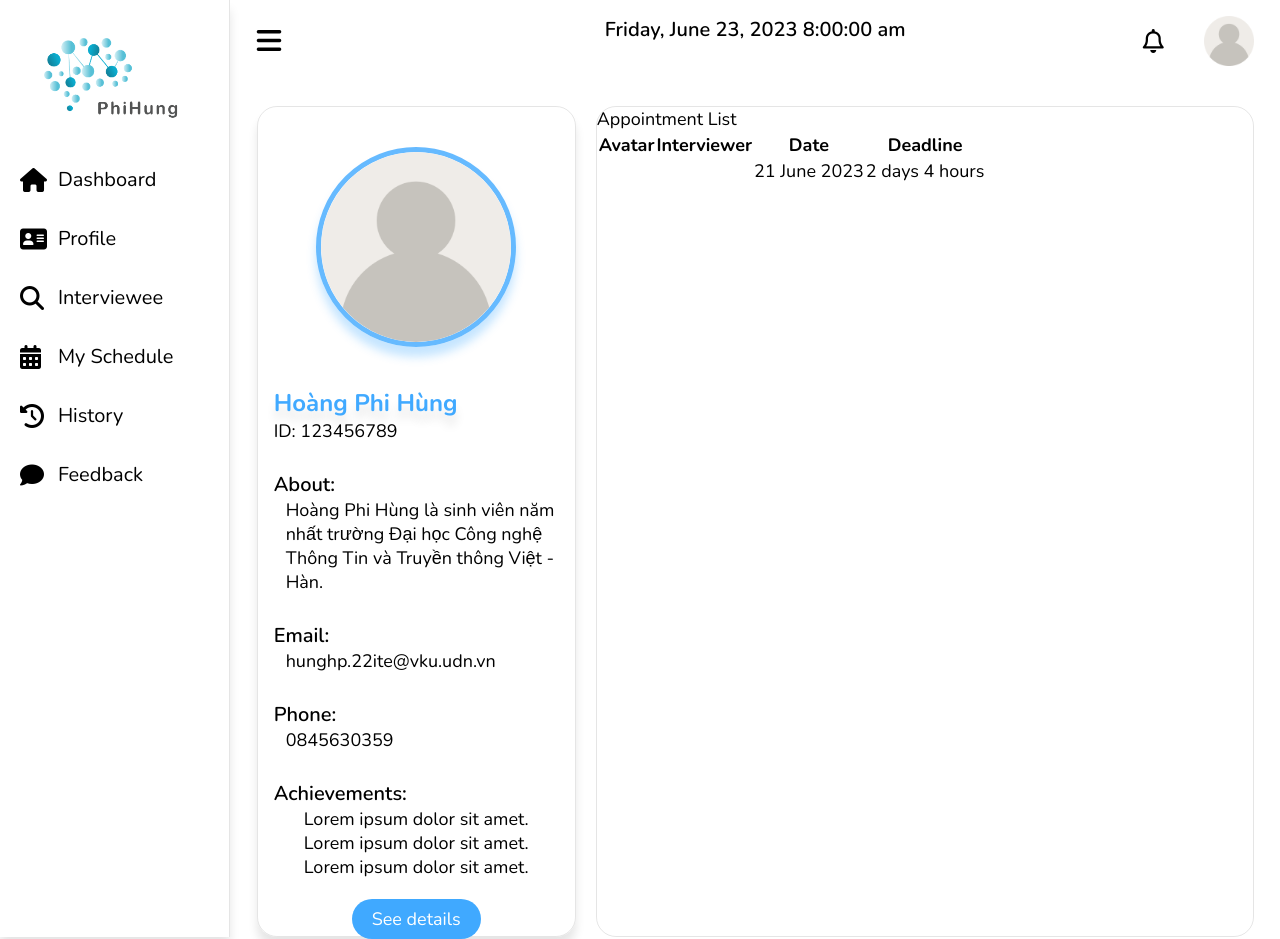
Repository: hphihungit/InterviewService
Page: interviewee.html
The author's editor kept a copy of each file at every save. The page is drawn from the files as they stood at one save, then again after the next save.
The browser window is 1280 px wide. The pictures show the whole page.

Above is the page before, as saved 2023-06-01 00:51:03.

### interviewee.html
<!DOCTYPE html>
<html lang="en">
<head>
    <meta charset="UTF-8">
    <meta http-equiv="X-UA-Compatible" content="IE=edge">
    <meta name="viewport" content="width=device-width, initial-scale=1.0">
    <title>Document</title>
    <link rel="stylesheet" href="assets/css/grid.css">
    <link rel="stylesheet" href="assets/css/base.css">
    <link rel="stylesheet" href="https://cdnjs.cloudflare.com/ajax/libs/font-awesome/6.4.0/css/all.min.css" integrity="sha512-iecdLmaskl7CVkqkXNQ/ZH/XLlvWZOJyj7Yy7tcenmpD1ypASozpmT/E0iPtmFIB46ZmdtAc9eNBvH0H/ZpiBw==" crossorigin="anonymous" referrerpolicy="no-referrer"/>
    <link rel="preconnect" href="https://fonts.googleapis.com">
    <link rel="preconnect" href="https://fonts.gstatic.com" crossorigin>
    <link href="https://fonts.googleapis.com/css2?family=Nunito:wght@200;300;400;500;600;700;800;900;1000&display=swap" rel="stylesheet">
    <link rel="stylesheet" href="assets/css/interviewee.css">
</head>
<body>
    <div id="main">
        <div class="dashboard">
            <div class="dashboard__logo"></div>
            <ul class="dashboard__list">
                <li class="dashboard__item">
                    <a href="" class="icon__link">
                        <i class="fa-solid fa-house"></i>
                    </a>
                    <a href="" class="link">Dashboard</a>
                </li>
                <li class="dashboard__item">
                    <a href="" class="icon__link">
                        <i class="fa-solid fa-address-card"></i>
                    </a>
                    <a href="" class="link">Profile</a>
                </li>
                <li class="dashboard__item">
                    <a href="" class="icon__link">
                        <i class="fa-solid fa-magnifying-glass"></i>
                    </a>
                    <a href="" class="link">Interviewee</a>
                </li>
                <li class="dashboard__item">
                    <a href="" class="icon__link">
                        <i class="fa-solid fa-calendar-days"></i>
                    </a>
                    <a href="" class="link">My Schedule</a>
                </li>
                <li class="dashboard__item">
                    <a href="" class="icon__link">
                        <i class="fa-solid fa-clock-rotate-left"></i>
                    </a>
                    <a href="" class="link">History</a>
                </li>
                <li class="dashboard__item">
                    <a href="" class="icon__link">
                        <i class="fa-solid fa-comment"></i>
                    </a>
                    <a href="" class="link">Feedback</a>
                </li>
            </ul>
        </div>

        <div class="container">
            <div class="header">
                <div class="header__icon">
                    <label class="fa-solid fa-bars header__label"></label>
                </div>

                <div class="header__time">
                    Friday, June 23, 2023 8:00:00 am
                </div>

                <div class="header__news">
                    <label class="fa-regular fa-bell header__label--bell"></label>
                    <div class="header__avatar">
                        <img src="assets/img/user.png" alt="">
                    </div>
                </div>
            </div>

            <div class="about">
                <div class="cv">
                    <div class="cv__avatar">
                        <img src="assets/img/user.png" alt="">
                    </div>

                    <div class="cv__name">
                        <p class="cv__name--interviewee">Hoàng Phi Hùng</p>
                        <p class="cv__id">ID: 123456789</p>
                    </div>

                    <div class="cv__about">
                        <p class="cv__about--title">About: </p>
                        <p class="cv__about--content">
                            Hoàng Phi Hùng là sinh viên năm nhất trường Đại học Công nghệ Thông Tin và Truyền thông Việt - Hàn.
                        </p>
                    </div>

                    <div class="cv__email">
                        <p class="cv__email--title">Email: </p>
                        <p class="cv__email--content">hunghp.22ite@vku.udn.vn</p>
                    </div>

                    <div class="cv__phone">
                        <p class="cv__phone--title">Phone: </p>
                        <p class="cv__phone--content">0845630359</p>
                    </div>

                    <div class="cv__info">
                        <p class="cv__info--title">Achievements: </p>
                        <ul class="cv__info--list">
                            <li class="cv__info--item">Lorem ipsum dolor sit amet.</li>
                            <li class="cv__info--item">Lorem ipsum dolor sit amet.</li>
                            <li class="cv__info--item">Lorem ipsum dolor sit amet.</li>
                        </ul>
                    </div>

                    <div class="cv__all">
                        <a href="" class="btn--cv--all">See details</a>
                    </div>
                </div>

                <div class="info">
                    <div class="appointment">
                        <div class="appointment__title">
                            Appointment List
                        </div>

                        <table>
                            <thead>
                                <th>Avatar</th>
                                <th>Interviewer</th>
                                <th>Date</th>
                                <th>Deadline</th>
                            </thead>

                            <tbody>
                                <tr>
                                    <td>
                                        <img src="" alt="">
                                    </td>
                                    <td>
                                        <p class="name"></p>
                                        <p class="email"></p>
                                    </td>
                                    <td>
                                        21 June 2023
                                    </td>
                                    <td>
                                        2 days 4 hours
                                    </td>
                                </tr>
                            </tbody>
                        </table>
                    </div>
                </div>
            </div>
        </div>
    </div>
</body>
</html>

### assets/css/grid.css
.grid {
    width: 90%;
    display: block;
    padding: 0;
    margin: 0 auto;
}

.row {
    display: flex;
    flex-wrap: wrap;
    margin-left: -4px;
    margin-right: -4px;
}

.row.no-gutters {
    margin-left: 0;
    margin-right: 0;
}

.col {
    padding-left: 4px;
    padding-right: 4px;
}

.row.no-gutters .col {
    padding-left: 0;
    padding-right: 0;
}

.c-0 {
    display: none;
}

.c-1 {
    flex: 0 0 8.33333%;
    max-width: 8.33333%;
}

.c-2 {
    flex: 0 0 16.66667%;
    max-width: 16.66667%;
}

.c-3 {
    flex: 0 0 25%;
    max-width: 25%;
}

.c-4 {
    flex: 0 0 33.33333%;
    max-width: 33.33333%;
}

.c-5 {
    flex: 0 0 41.66667%;
    max-width: 41.66667%;
}

.c-6 {
    flex: 0 0 50%;
    max-width: 50%;
}

.c-7 {
    flex: 0 0 58.33333%;
    max-width: 58.33333%;
}

.c-8 {
    flex: 0 0 66.66667%;
    max-width: 66.66667%;
}

.c-9 {
    flex: 0 0 75%;
    max-width: 75%;
}

.c-10 {
    flex: 0 0 83.33333%;
    max-width: 83.33333%;
}

.c-11 {
    flex: 0 0 91.66667%;
    max-width: 91.66667%;
}

.c-12 {
    flex: 0 0 100%;
    max-width: 100%;
}

.c-o-1 {
    margin-left: 8.33333%;
}

.c-o-2 {
    margin-left: 16.66667%;
}

.c-o-3 {
    margin-left: 25%;
}

.c-o-4 {
    margin-left: 33.33333%;
}

.c-o-5 {
    margin-left: 41.66667%;
}

.c-o-6 {
    margin-left: 50%;
}

.c-o-7 {
    margin-left: 58.33333%;
}

.c-o-8 {
    margin-left: 66.66667%;
}

.c-o-9 {
    margin-left: 75%;
}

.c-o-10 {
    margin-left: 83.33333%;
}

.c-o-11 {
    margin-left: 91.66667%;
}

/* >= Tablet */
@media (min-width: 740px) {
    .row {
        margin-left: -8px;
        margin-right: -8px;
    }

    .col {
        padding-left: 8px;
        padding-right: 8px;
    }

    .m-0 {
        display: none;
    }

    .m-1,
    .m-2,
    .m-3,
    .m-4,
    .m-5,
    .m-6,
    .m-7,
    .m-8,
    .m-9,
    .m-10,
    .m-11,
    .m-12 {
        display: block;
    }

    .m-1 {
        flex: 0 0 8.33333%;
        max-width: 8.33333%;
    }

    .m-2 {
        flex: 0 0 16.66667%;
        max-width: 16.66667%;
    }

    .m-3 {
        flex: 0 0 25%;
        max-width: 25%;
    }

    .m-4 {
        flex: 0 0 33.33333%;
        max-width: 33.33333%;
    }

    .m-5 {
        flex: 0 0 41.66667%;
        max-width: 41.66667%;
    }

    .m-6 {
        flex: 0 0 50%;
        max-width: 50%;
    }

    .m-7 {
        flex: 0 0 58.33333%;
        max-width: 58.33333%;
    }

    .m-8 {
        flex: 0 0 66.66667%;
        max-width: 66.66667%;
    }

    .m-9 {
        flex: 0 0 75%;
        max-width: 75%;
    }

    .m-10 {
        flex: 0 0 83.33333%;
        max-width: 83.33333%;
    }

    .m-11 {
        flex: 0 0 91.66667%;
        max-width: 91.66667%;
    }

    .m-12 {
        flex: 0 0 100%;
        max-width: 100%;
    }

    .m-o-1 {
        margin-left: 8.33333%;
    }

    .m-o-2 {
        margin-left: 16.66667%;
    }

    .m-o-3 {
        margin-left: 25%;
    }

    .m-o-4 {
        margin-left: 33.33333%;
    }

    .m-o-5 {
        margin-left: 41.66667%;
    }

    .m-o-6 {
        margin-left: 50%;
    }

    .m-o-7 {
        margin-left: 58.33333%;
    }

    .m-o-8 {
        margin-left: 66.66667%;
    }

    .m-o-9 {
        margin-left: 75%;
    }

    .m-o-10 {
        margin-left: 83.33333%;
    }

    .m-o-11 {
        margin-left: 91.66667%;
    }
}

/* PC medium resolution > */
@media (min-width: 1113px) {
    .row {
        margin-left: -12px;
        margin-right: -12px;
    }

    .row.sm-gutter {
        margin-left: -5px;
        margin-right: -5px;
    }

    .col {
        padding-left: 12px;
        padding-right: 12px;
    }

    .row.sm-gutter .col {
        padding-left: 5px;
        padding-right: 5px;
    }

    .l-0 {
        display: none;
    }

    .l-1,
    .l-2,
    .l-2-4,
    .l-3,
    .l-4,
    .l-5,
    .l-6,
    .l-7,
    .l-8,
    .l-9,
    .l-10,
    .l-11,
    .l-12 {
        display: block;
    }

    .l-1 {
        flex: 0 0 8.33333%;
        max-width: 8.33333%;
    }

    .l-2 {
        flex: 0 0 16.66667%;
        max-width: 16.66667%;
    }

    .l-2-4 {
        flex: 0 0 20%;
        max-width: 20%;
    }

    .l-3 {
        flex: 0 0 25%;
        max-width: 25%;
    }

    .l-4 {
        flex: 0 0 33.33333%;
        max-width: 33.33333%;
    }

    .l-5 {
        flex: 0 0 41.66667%;
        max-width: 41.66667%;
    }

    .l-6 {
        flex: 0 0 50%;
        max-width: 50%;
    }

    .l-7 {
        flex: 0 0 58.33333%;
        max-width: 58.33333%;
    }

    .l-8 {
        flex: 0 0 66.66667%;
        max-width: 66.66667%;
    }

    .l-9 {
        flex: 0 0 75%;
        max-width: 75%;
    }

    .l-10 {
        flex: 0 0 83.33333%;
        max-width: 83.33333%;
    }

    .l-11 {
        flex: 0 0 91.66667%;
        max-width: 91.66667%;
    }

    .l-12 {
        flex: 0 0 100%;
        max-width: 100%;
    }

    .l-o-1 {
        margin-left: 8.33333%;
    }

    .l-o-2 {
        margin-left: 16.66667%;
    }

    .l-o-3 {
        margin-left: 25%;
    }

    .l-o-4 {
        margin-left: 33.33333%;
    }

    .l-o-5 {
        margin-left: 41.66667%;
    }

    .l-o-6 {
        margin-left: 50%;
    }

    .l-o-7 {
        margin-left: 58.33333%;
    }

    .l-o-8 {
        margin-left: 66.66667%;
    }

    .l-o-9 {
        margin-left: 75%;
    }

    .l-o-10 {
        margin-left: 83.33333%;
    }

    .l-o-11 {
        margin-left: 91.66667%;
    }
}

/* Tablet - PC low resolution */
@media (min-width: 740px) and (max-width: 1023px) {
    .wide {
        width: 644px;
    }
}

/* > PC low resolution */
@media (min-width: 1024px) and (max-width: 1239px) {
    .wide {
        width: 984px;
    }

    .wide .row {
        margin-left: -12px;
        margin-right: -12px;
    }

    .wide .row.sm-gutter {
        margin-left: -5px;
        margin-right: -5px;
    }

    .wide .col {
        padding-left: 12px;
        padding-right: 12px;
    }

    .wide .row.sm-gutter .col {
        padding-left: 5px;
        padding-right: 5px;
    }

    .wide .l-0 {
        display: none;
    }

    .wide .l-1,
    .wide .l-2,
    .wide .l-2-4,
    .wide .l-3,
    .wide .l-4,
    .wide .l-5,
    .wide .l-6,
    .wide .l-7,
    .wide .l-8,
    .wide .l-9,
    .wide .l-10,
    .wide .l-11,
    .wide .l-12 {
        display: block;
    }

    .wide .l-1 {
        flex: 0 0 8.33333%;
        max-width: 8.33333%;
    }

    .wide .l-2 {
        flex: 0 0 16.66667%;
        max-width: 16.66667%;
    }

    .wide .l-2-4 {
        flex: 0 0 20%;
        max-width: 20%;
    }

    .wide .l-3 {
        flex: 0 0 25%;
        max-width: 25%;
    }

    .wide .l-4 {
        flex: 0 0 33.33333%;
        max-width: 33.33333%;
    }

    .wide .l-5 {
        flex: 0 0 41.66667%;
        max-width: 41.66667%;
    }

    .wide .l-6 {
        flex: 0 0 50%;
        max-width: 50%;
    }

    .wide .l-7 {
        flex: 0 0 58.33333%;
        max-width: 58.33333%;
    }

    .wide .l-8 {
        flex: 0 0 66.66667%;
        max-width: 66.66667%;
    }

    .wide .l-9 {
        flex: 0 0 75%;
        max-width: 75%;
    }

    .wide .l-10 {
        flex: 0 0 83.33333%;
        max-width: 83.33333%;
    }

    .wide .l-11 {
        flex: 0 0 91.66667%;
        max-width: 91.66667%;
    }

    .wide .l-12 {
        flex: 0 0 100%;
        max-width: 100%;
    }

    .wide .l-o-1 {
        margin-left: 8.33333%;
    }

    .wide .l-o-2 {
        margin-left: 16.66667%;
    }

    .wide .l-o-3 {
        margin-left: 25%;
    }

    .wide .l-o-4 {
        margin-left: 33.33333%;
    }

    .wide .l-o-5 {
        margin-left: 41.66667%;
    }

    .wide .l-o-6 {
        margin-left: 50%;
    }

    .wide .l-o-7 {
        margin-left: 58.33333%;
    }

    .wide .l-o-8 {
        margin-left: 66.66667%;
    }

    .wide .l-o-9 {
        margin-left: 75%;
    }

    .wide .l-o-10 {
        margin-left: 83.33333%;
    }

    .wide .l-o-11 {
        margin-left: 91.66667%;
    }
}

### assets/css/base.css
:root {
    --white-color: #fff;
    --black-color: #000;
    --blue-color : #40a9ff;
    --text-color: #8f8f8f;
    --scale: 1px;
}

* {
    padding: 0;
    margin: 0;
    box-sizing: border-box;
    text-decoration: none;
    list-style-type: none;
}

html, body {
    font-size: 18px;
    font-family: 'Nunito', sans-serif;
    scroll-behavior: smooth;
}

### assets/css/interviewee.css
#main {
    width: 100%;
    display: flex;
}

.dashboard {
    width: 18%;
    min-height: 0;
    border-right: 1px solid rgba(0, 0, 0, 0.1);
    box-shadow: 0 10px 10px rgba(0, 0, 0, 0.1);
}

.dashboard__logo {
    width: 100%;
    height: 150px;
    background-image: url('../img/logo.png');
    background-repeat: no-repeat;
    background-size: 50%;
    background-size: 62%;
    background-position: 50% 85%;
}

.dashboard__list {
    width: 100%;
}

.dashboard__item {
    border-radius: 25px 0 0 25px;
    display: flex;
    width: 100%;
    padding: 0px 20px;
}

.dashboard__item:hover {
    background-color: var(--blue-color);
}

.dashboard__item:hover .link,
.dashboard__item:hover .icon__link {
    color: #fff;
}

.icon__link {
    display: flex;
    align-items: center;
    width: 20%;
    font-size: 24px;
    color: #000;
}

.link {
    display: inline-block;
    width: 80%;
    font-size: 20px;
    padding: 16px 0px;
    color: #000;
}

.container {
    width: 82%;
}

.header {
    width: 95%;
    margin: 0 auto;
    display: flex;
    justify-content: space-between;
    margin-top: 16px;
}

.header__icon {
    width: 32%;
    display: flex;
    justify-content: space-between;
    align-items: center;
}

.header__label {
    font-size: 28px;
}

.header__time {
    width: 32%;
    text-align: center;
    font-size: 20px;
    font-weight: 600;
}

.header__news {
    width: 32%;
    display: flex;
    justify-content: flex-end;
    align-items: center;
}

.header__label--bell {
    font-size: 24px;
    position: relative;
    padding-right: 40px;
}

.header__avatar {
    display: flex;
    justify-content: flex-end;
    align-items: center;
}

.header__avatar img {
    width: 50px;
    height: 50px;
}

.about {
    display: flex;
    justify-content: space-between;
    width: 95%;
    margin: 0 auto;
    margin-top: 40px;
}

.cv {
    width: 32%;
    max-height: 831px;
    border: 1px solid rgba(0, 0, 0, 0.1);
    border-radius: 20px;
    box-shadow: 0 10px 10px rgba(0, 0, 0, 0.1);
    padding: 0px 16px;
}

.cv__avatar {
    width: 100%;
    display: flex;
    justify-content: center;
    align-items: center;
    padding: 20px 0px;
    padding-top: 40px;
}

.cv__avatar img {
    width: 200px;
    height: 200px;
    border: 5px solid rgba(64, 169, 255, 0.8);
    border-radius: 50%;
    box-shadow: 0 10px 10px rgba(64, 169, 255, 0.3);;
}

.cv__name,
.cv__about,
.cv__email,
.cv__phone,
.cv__info {
    width: 100%;
    margin-top: 20px;
    margin-bottom: 28px;
}

.cv__name--interviewee {
    font-size: 24px;
    font-weight: 700;
    text-shadow: 0 10px 10px rgba(0, 0, 0, 0.1);
    color: var(--blue-color);
}

.cv__about--title,
.cv__email--title,
.cv__phone--title,
.cv__info--title {
    font-size: 20px;
    font-weight: 600;
}

.cv__about--content,
.cv__email--content,
.cv__phone--content {
    padding-left: 12px;
}

.cv__info--item {
    text-align: center;
}

.cv__all {
    width: 90%;
    margin: 0 auto;
    margin-bottom: 20px;
    text-align: center;
}

.btn--cv--all {
    padding: 8px 20px;
    border-radius: 20px;
    background-color: var(--blue-color);
    color: #fff;
}

.btn--cv--all:hover {
    opacity: 0.8;
}

.info {
    width: 66%;
    border: 1px solid rgba(0, 0, 0, 0.1);
    border-radius: 20px;
}

After the next save:
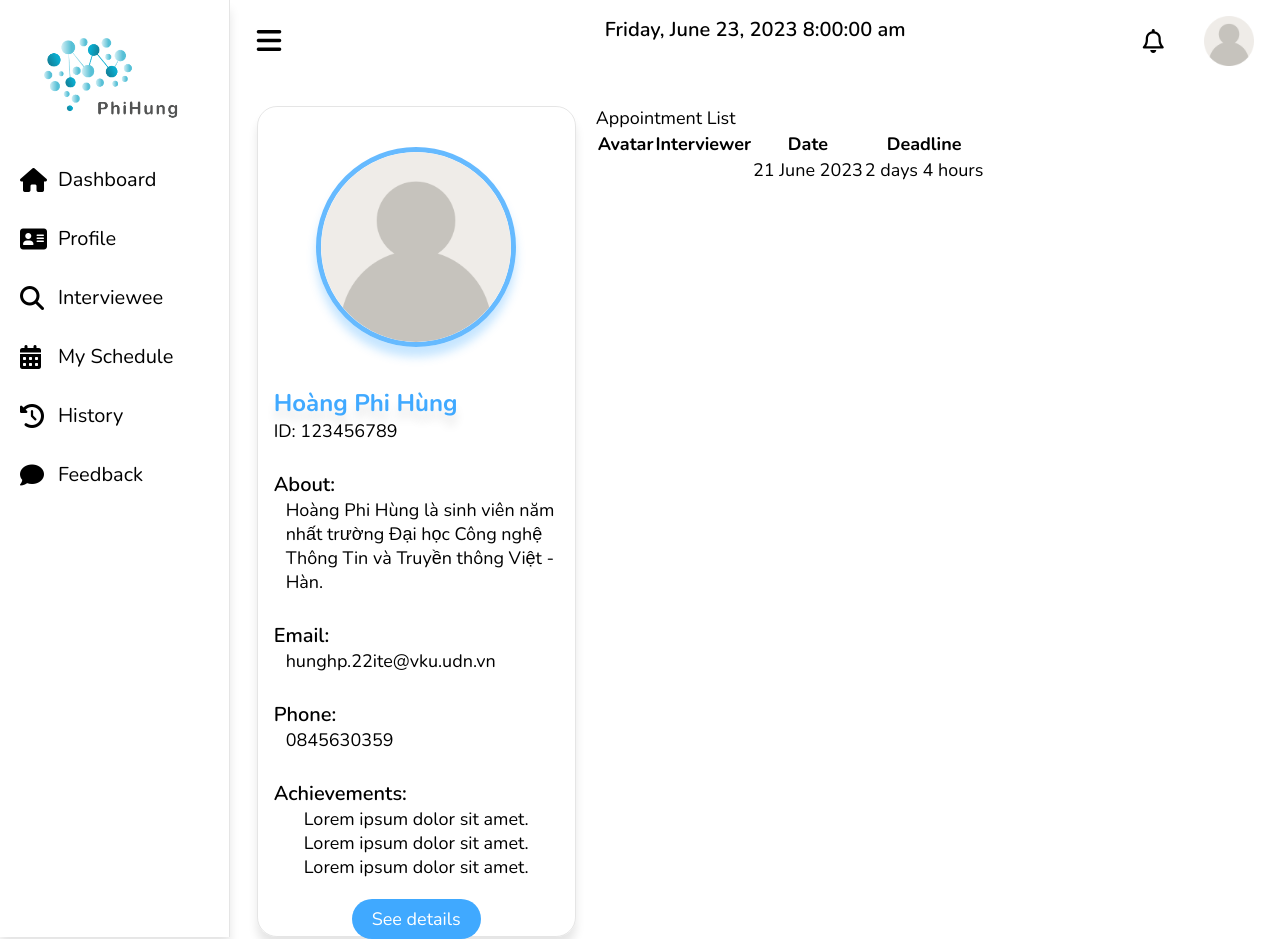
Saved 80 s later.
--- a/assets/css/interviewee.css
+++ b/assets/css/interviewee.css
@@ -199,6 +199,4 @@
 
 .info {
     width: 66%;
-    border: 1px solid rgba(0, 0, 0, 0.1);
-    border-radius: 20px;
-}
+}
